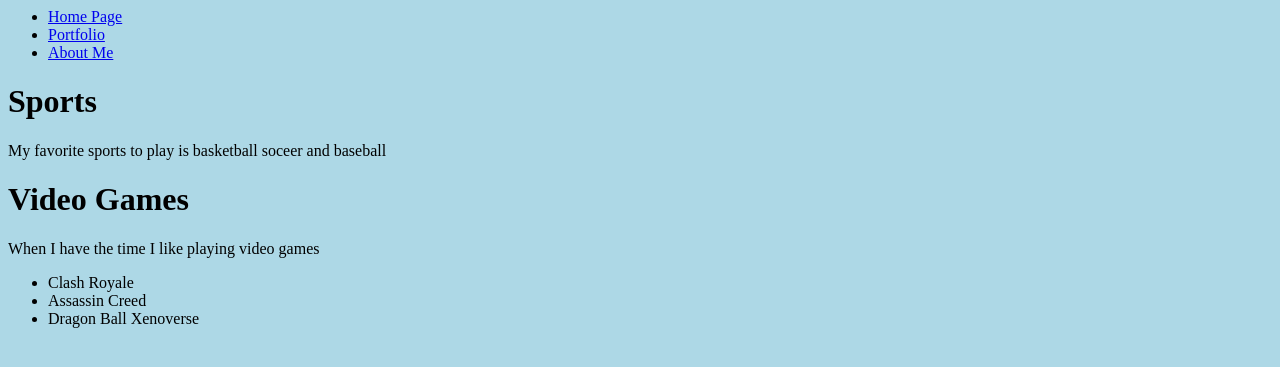
Repository: KevinAbr/KevinAbr.github.io
Page: about.html
The author's editor kept a record of every edit. The page is drawn from the files as they stood at one moment, then again after the next edit.
The browser window is 1280 px wide. The pictures show the whole page.

Above is the page before.

### about.html
<html>
    <head>
       <title>About Me</title>
        <style>
            body {
                color:black;
        }

            body {
            background:lightblue;

        }
        </style>
    </head>

    <body>
        <ul>
          <li><a href="index.html">Home Page</a></li>
          <li><a href="portfolio.html">Portfolio</a></li>
          <li><a href="about.html">About Me</a></li>
        </ul>
    <h1> Sports </h1>
       <p> My favorite sports to play is basketball soceer and baseball</p>

    <h1> Video Games </h1>
        <a></a>


        <p>When I have the time I like playing video games</p>

        <ul>
            <li> Clash Royale</li>
            <li>Assassin Creed</li>
            <li>Dragon Ball Xenoverse</li>
        </ul>

</html>

After the next edit:
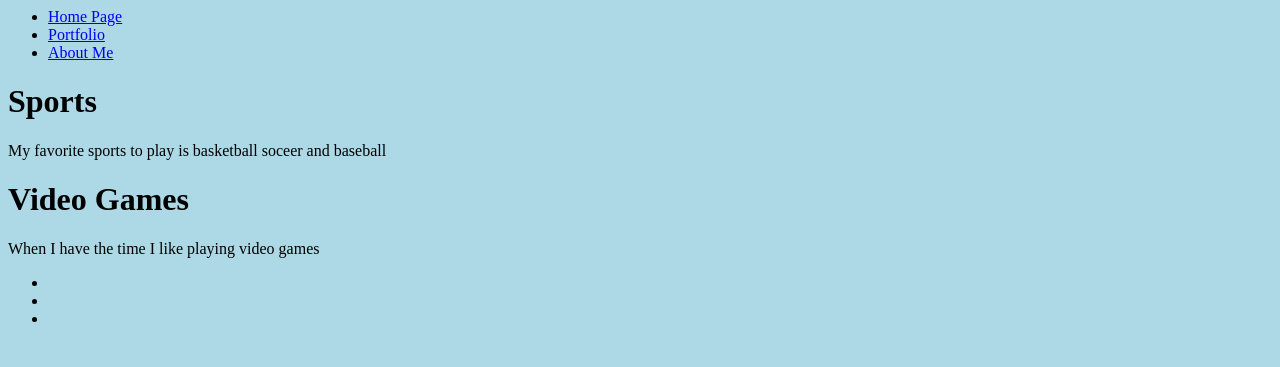
The edit:
--- a/about.html
+++ b/about.html
@@ -29,9 +29,9 @@
         <p>When I have the time I like playing video games</p>
 
         <ul>
-            <li> Clash Royale</li>
-            <li>Assassin Creed</li>
-            <li>Dragon Ball Xenoverse</li>
+            <li><a href= "Clash Royale"></a></a></li>
+            <li><a href= "Assassin Creed"></a></li>
+            <li><a href= "Dragon Ball Xenoverse"></a></li>
         </ul>
 
 </html>

After the 2 edits that followed:
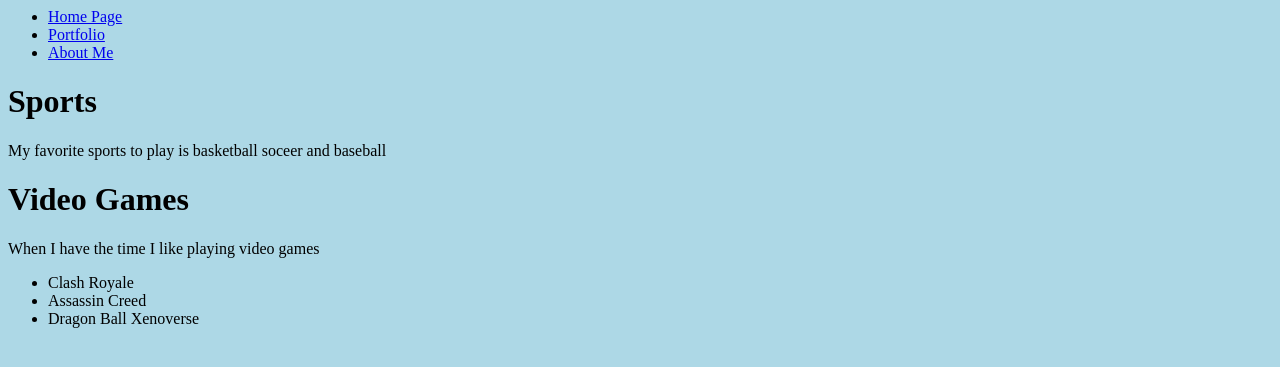
The 2 edits are shown as one change because 1 left the picture as it was.
The edit:
--- a/about.html
+++ b/about.html
@@ -29,9 +29,9 @@
         <p>When I have the time I like playing video games</p>
 
         <ul>
-            <li><a href= "Clash Royale"></a></a></li>
-            <li><a href= "Assassin Creed"></a></li>
-            <li><a href= "Dragon Ball Xenoverse"></a></li>
+            <li>Clash Royale</li>
+            <li>Assassin Creed</li>
+            <li>Dragon Ball Xenoverse</li>
         </ul>
 
 </html>
